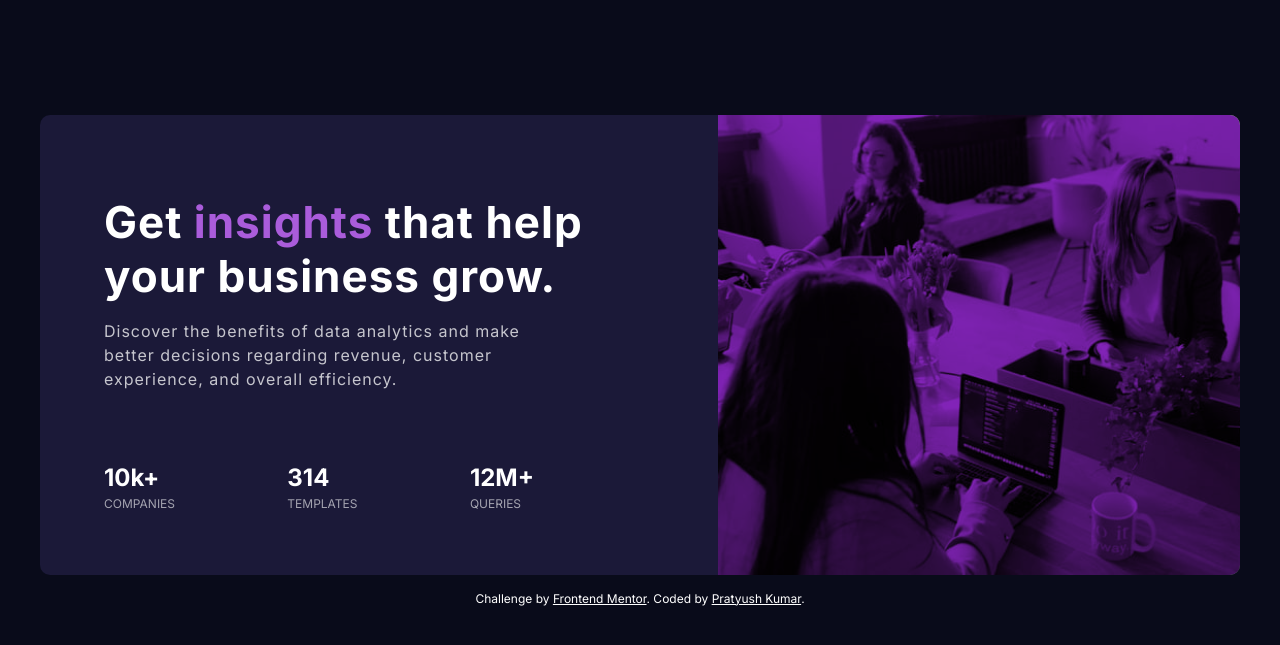
Repository: PratypartyY2K/frontendmentor-challenges
Page: stats-preview-card-component-main/index.html
These files come from the project's save history. The page is drawn as it stood at one moment and after a run of saves; the edit follows.
The browser window is 1280 px wide. The pictures show the whole page.

Above is the page before, as saved 2021-07-14 01:22:25.

### stats-preview-card-component-main/index.html
<!DOCTYPE html>
<html lang="en">

<head>
  <meta charset="UTF-8">
  <meta name="viewport" content="width=device-width, initial-scale=1.0">
  <!-- displays site properly based on user's device -->

  <link rel="icon" type="image/png" sizes="32x32" href="./images/favicon-32x32.png">
    <!--font families-->
    <link rel="preconnect" href="https://fonts.googleapis.com">
    <link rel="preconnect" href="https://fonts.gstatic.com" crossorigin>
    <link href="https://fonts.googleapis.com/css2?family=Inter:wght@400;700&display=swap" rel="stylesheet">
  <link rel="stylesheet" href="style.css">



  <title>Frontend Mentor | Stats preview card component</title>

</head>

<body>
  <div class="card-wrapper">
    <div class="card">
      <div class="heading">
        Get <span class="active">insights</span> that help your business grow.
      </div>
      <div class="card-content">
        Discover the benefits of data analytics and make better decisions regarding revenue, customer
        experience, and overall efficiency.
      </div>
      <div class="stats">
        <div>
          <h3>10k+</h3>
          companies
        </div>
        <div>
          <h3>314</h3>
          templates
        </div>
        <div>
          <h3>12M+</h3>
          queries
        </div>
      </div>
    </div>
    <div class="img-container">
      <div class="overlay"></div>
    </div>
  </div>




  <div class="attribution">
    Challenge by <a href="https://www.frontendmentor.io?ref=challenge" target="_blank">Frontend Mentor</a>.
    Coded by <a href="#">Pratyush Kumar</a>.
  </div>
</body>
</html>

### stats-preview-card-component-main/style.css
* {
    box-sizing: border-box;
}

body {
    background-color: hsl(233, 47%, 7%);
    margin: 0;
    display: flex;
    flex-direction: column;
    justify-content: center;
    align-items: center;
    min-height: 100vh;
    font-family: 'Inter', sans-serif;
}

.card-wrapper {
    background-color: hsl(244, 38%, 16%);
    display: flex;
    justify-content: center;
    width: 1200px;
    border-radius: 10px;
    overflow: hidden;
}

.card {
    padding: 4rem 6.5rem 4rem 4rem;
}

.heading {
    font-size: 2.75rem;
    color: hsl(0, 0%, 100%);
    padding: 1rem 0;
    font-weight: 700;
    letter-spacing: 1px;
}

.heading .active {
    color: hsl(277, 64%, 61%);
}

.card-content {
    color: hsla(0, 0%, 100%, 0.75);
    font-size: 1rem;
    line-height: 1.5rem;
    padding-right: 4rem;
    letter-spacing: 1px;
}

.stats {
    display: flex;
    justify-content: space-between;
    padding-top: 4.5rem;
    padding-right: 5rem;
}

.stats > div {
    display: flex;
    flex-direction: column;
    align-items: baseline;
}

.stats > div {
    color: hsla(0, 0%, 100%, 0.6);
    text-transform: uppercase;

    font-size: 0.75rem;
}

h3 {
    margin: 0;
    color: white;
    font-weight: 700;
    font-size: 1.5rem;
    margin-bottom: 0.25rem;
    text-transform: none;
}

.img-container {
    background-image: url(images/image-header-desktop.jpg);
    width: 100%;
    background-repeat: no-repeat;
    background-size: cover;
}

.overlay {
    background-color: hsl(278, 68%, 43%);
    height: 100%;
    mix-blend-mode:multiply
}

.attribution { font-size: 0.75rem; text-align: center; color: white; margin-top: 1rem;}
.attribution a { color: hsl(228, 45%, 44%); color: white;}

After the next 2 saves:
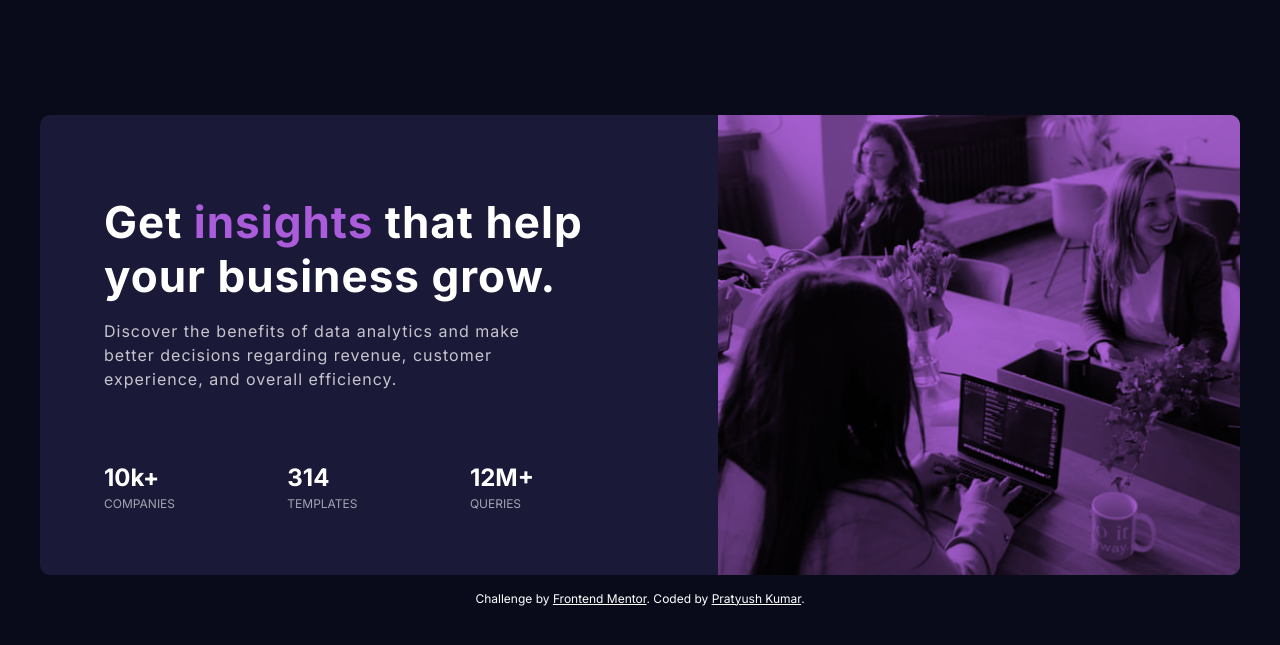
The 2 saves are shown as one change because they came seconds apart.
The last was saved 12 s later.
--- a/stats-preview-card-component-main/style.css
+++ b/stats-preview-card-component-main/style.css
@@ -83,9 +83,9 @@ h3 {
 }
 
 .overlay {
-    background-color: hsl(278, 68%, 43%);
+    background-color: hsl(278, 59%, 61%);
     height: 100%;
-    mix-blend-mode:multiply
+    mix-blend-mode:multiply;
 }
 
 .attribution { font-size: 0.75rem; text-align: center; color: white; margin-top: 1rem;}
